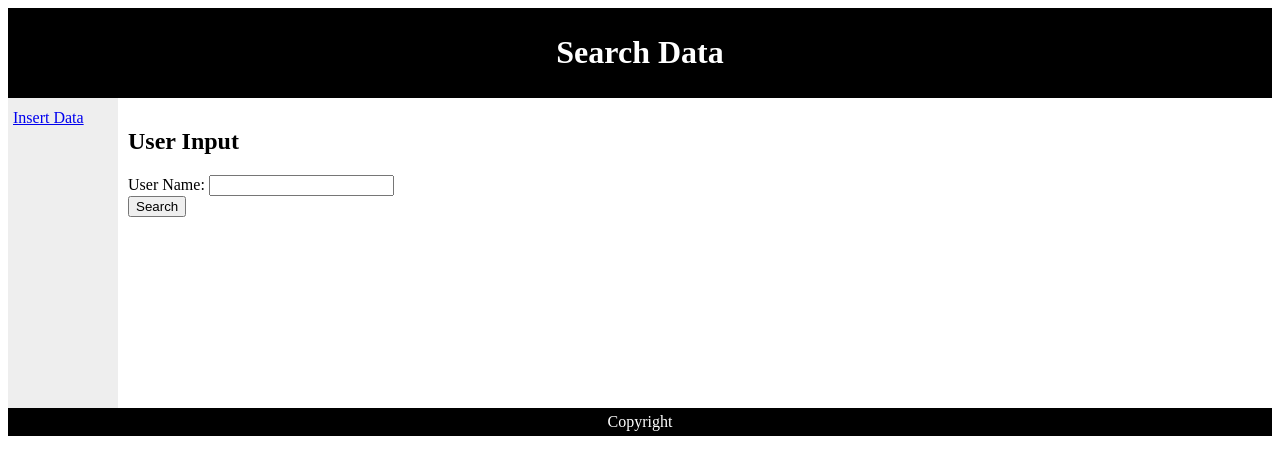
Repository: bpinkelman/Tech-Exercise
Page: planner-pinkelman/WebContent/simpleFormSearch.html
The author's editor kept a copy of each file at every save. The page is drawn from the files as they stood at one save, then again after the next save.
The browser window is 1280 px wide. The pictures show the whole page.

Above is the page before, as saved 2020-02-28 00:41:46.

After the next save:
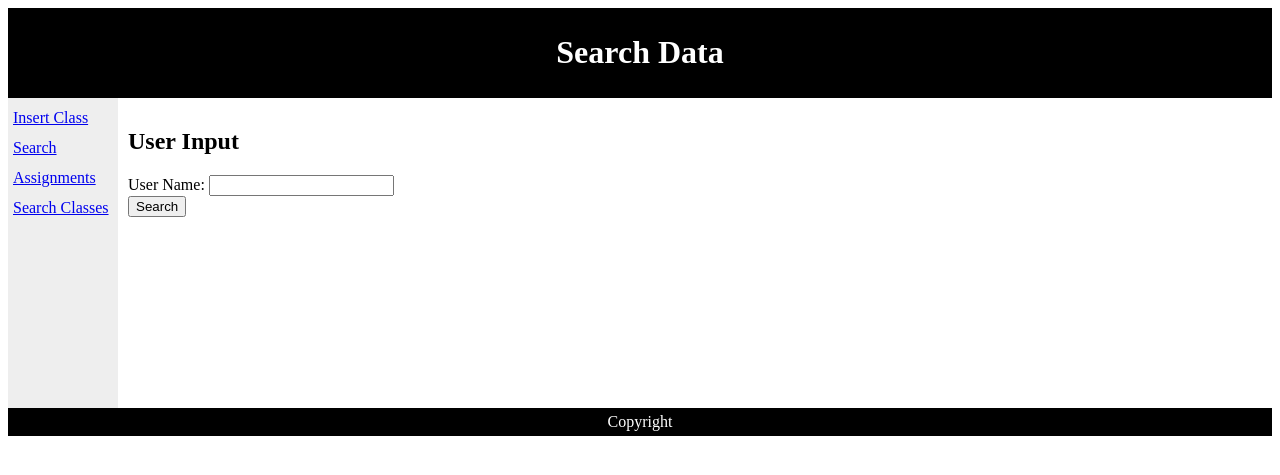
Saved 90 s later.
--- a/planner-pinkelman/WebContent/simpleFormSearch.html
+++ b/planner-pinkelman/WebContent/simpleFormSearch.html
@@ -36,7 +36,9 @@ footer {
 </header>
 
 <nav>
-<a href="/planner-pinkelman/simpleFormInsert.html">Insert Data</a> <br>
+<a href="/planner-pinkelman/simpleFormInsert.html">Insert Class</a> <br>
+<a href="/planner-pinkelman/AssignmentSearch.html">Search Assignments</a> <br>
+<a href="/planner-pinkelman/simpleFormSearch.html">Search Classes</a> <br>
 </nav>
 
 <section>
